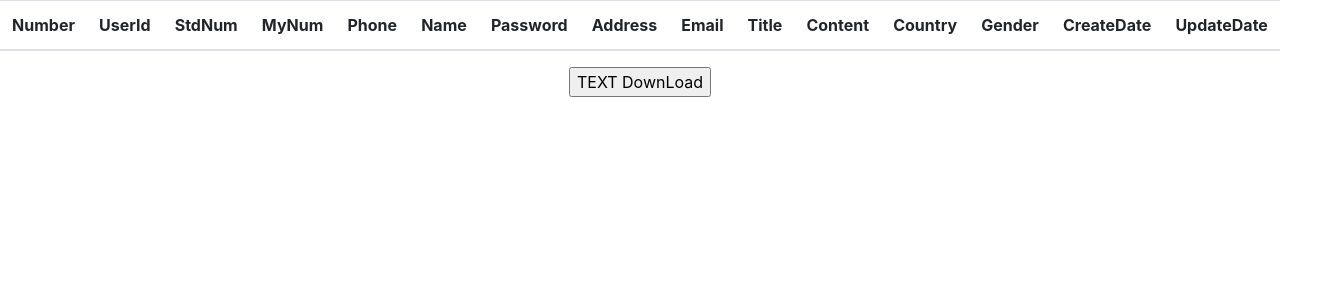
Repository: ken1087/practice
Page: http://localhost/pratice/WEB-INF/views/view.jsp
The author's editor kept a copy of each file at every save. The page is drawn from the files as they stood at one save, then again after a run of saves.
The browser window is 1280 px wide. The page is 1280 px wide, then 1342 px, so the pictures cover 1342 px, including what lies to the right of the window. The pictures show the whole page.
The page is served by Tomcat 9. Nobody is signed in. The template is opened directly, without the code that normally fills it, so the values that code supplies are empty.

Above is the page before, as saved 2019-09-12 04:42:27.

After the next 2 saves:
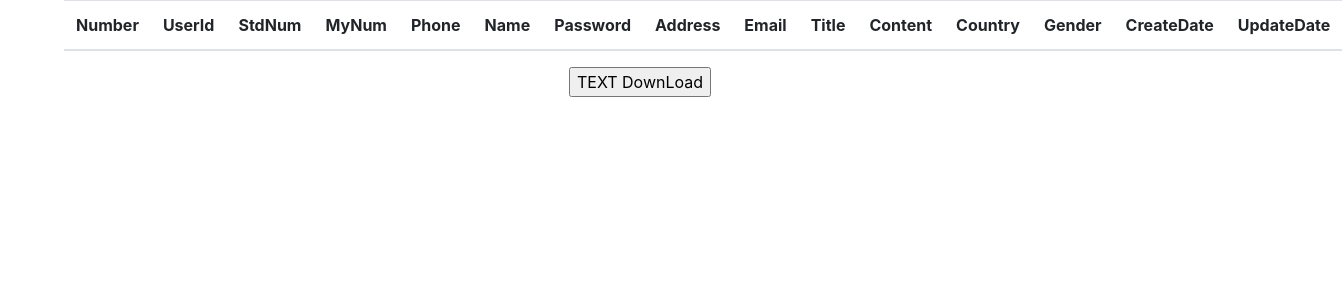
The 2 saves are shown as one change because they came seconds apart.
The last was saved 12 s later.
--- a/pratice/src/main/webapp/WEB-INF/views/view.jsp
+++ b/pratice/src/main/webapp/WEB-INF/views/view.jsp
@@ -16,7 +16,7 @@
 		text-align: center;
 	}
 	.container1{
-		display:
+		display:inline-block;
 		width:90%;
 	}
 </style>
